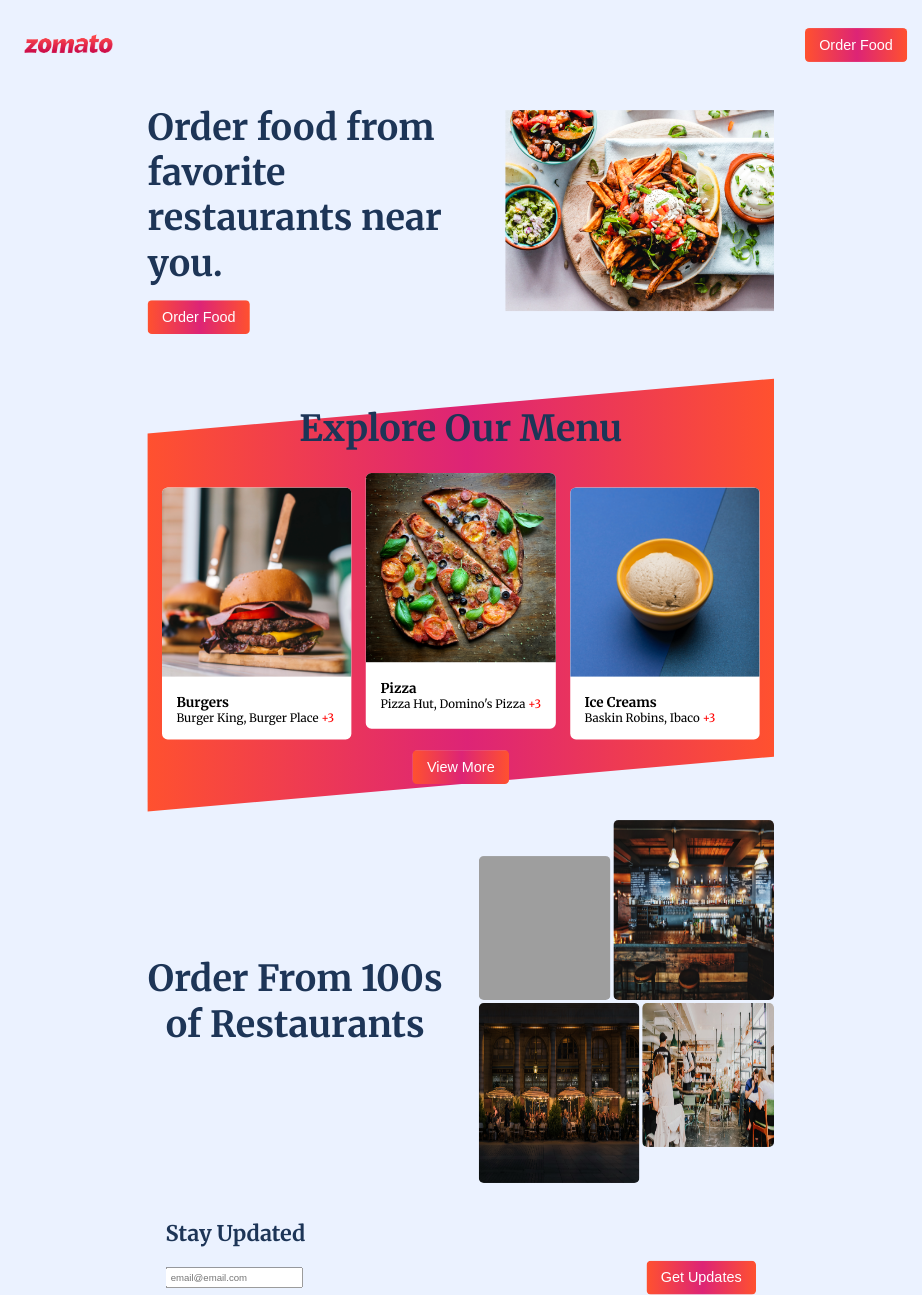
Repository: srush-shah/LandingPage-Project-ShapeAI
Page: index.html
An editor plug-in stored every save of this project. The page is shown before and after a run of saves, followed by the edit.
The browser window is 1280 px wide. The pictures show the whole page, at 72% of full size.
Pictures or frames that could not be fetched are drawn as grey boxes.

Above is the page before, as saved 2021-09-21 18:24:06.

### index.html
<!DOCTYPE html>
<html lang="en">
  <head>
    <meta charset="UTF-8" />
    <meta http-equiv="X-UA-Compatible" content="IE=edge" />
    <meta name="viewport" content="width=device-width, initial-scale=1.0" />
    <link rel="preconnect" href="https://fonts.googleapis.com" />
    <link rel="preconnect" href="https://fonts.gstatic.com" crossorigin />
    <link
      href="https://fonts.googleapis.com/css2?family=Merriweather:ital,wght@0,300;0,400;0,700;0,900;1,300;1,400;1,700;1,900&display=swap"
      rel="stylesheet"
    />
    <link rel="stylesheet" href="./style.css" />
    <title>Zomato - Largest Food Delivery Network</title>
  </head>
  <body>
    <!-- Navbar -->
    <header>
      <nav class="navbar">
        <div class="navbar-brand">
          <img src="./assets/logo.png" alt="logo" class="navbar-logo" />
        </div>
        <div class="navbar-nav">
          <button class="nav-item button-primary">Order Food</button>
        </div>
      </nav>
    </header>
    <main class="container">
      <!-- Hero Section -->
      <section class="hero-container">
        <div class="hero-img-container">
          <img src="./assets/hero.jpg" alt="Hero Image" class="hero-img" />
        </div>
        <div class="hero-description">
          <h1 class="hero-text">
            Order food from favorite restaurants near you.
          </h1>
          <button class="button-primary">Order Food</button>
        </div>
      </section>

      <!-- Explore Menu -->
      <section class="explore-menu-container">
        <h1 class="explore-menu-text">Explore Our Menu</h1>
        <div class="explore-menu-bg"></div>
        <div class="explore-menu-lists">
          <div class="menu-card">
            <img src="./assets/burger.jpg" alt="burger" class="food-image" />
            <div class="food-description">
              <h3 class="food-title">Burgers</h3>
              <p class="restaurants">
                Burger King, Burger Place <span style="color: red">+3</span>
              </p>
            </div>
          </div>
          <div class="menu-card" id="pizza-card">
            <img src="./assets/pizza.jpg" alt="pizza" class="food-image" />
            <div class="food-description">
              <h3 class="food-title">Pizza</h3>
              <p class="restaurants">
                Pizza Hut, Domino's Pizza <span style="color: red">+3</span>
              </p>
            </div>
          </div>
          <div class="menu-card">
            <img
              src="./assets/iceCream.jpg"
              alt="IceCream"
              class="food-image"
            />
            <div class="food-description">
              <h3 class="food-title">Ice Creams</h3>
              <p class="restaurants">
                Baskin Robins, Ibaco <span style="color: red">+3</span>
              </p>
            </div>
          </div>
        </div>
        <div class="explore-menu-button">
          <button class="button-primary">View More</button>
        </div>
      </section>

      <!-- Restaurants -->
      <section class="restaurants-container">
        <h1 class="restaurants-description">Order From 100s of Restaurants</h1>
        <div class="restaurants-flex">
          <div class="row-one">
            <div class="restaurant1">
              <img
                src="./assets/restaurant1.jpg"
                alt="restaurant1"
                class="restaurant1-image"
              />
            </div>
            <div class="restaurant2">
              <img
                src="./assets/restaurant2.jpg"
                alt="restaurant2"
                class="restaurant2-image"
              />
            </div>
          </div>
          <div class="row-two">
            <div class="restaurant3">
              <img
                src="./assets/restaurant3.jpg"
                alt="restaurant3"
                class="restaurant3-image"
              />
            </div>
            <div class="restaurant4">
              <img
                src="./assets/restaurant4.jpg"
                alt="restaurant4"
                class="restaurant4-image"
              />
            </div>
          </div>
        </div>
      </section>

      <!-- Subscribe -->
      <section class="subscribe">
        <h1 class="subscribe-text">Stay Updated</h1>
        <div class="subscribe-flex">
          <div class="subscribe-form-container">
            <form class="subscribe-form">
              <input
                type="email"
                name="email"
                id="email"
                placeholder="email@email.com"
              />
            </form>
          </div>
          <button class="button-primary">Get Updates</button>
        </div>
      </section>
    </main>
  </body>
</html>

### style.css
* {
  margin: 0;
  padding: 0;
  box-sizing: border-box; /* To Box Model */
}

/* Global */

body {
  font-family: "Merriweather", sans-serif;
  background-color: #ebf2ff;
  overflow-x: hidden;
}

.button-primary {
  background-image: linear-gradient(
    to right,
    #ff512f 0%,
    #dd2476 51%,
    #ff512f 100%
  );
  color: #fff;
  padding: 12px;
  border: none;
  border-radius: 6px;
  cursor: pointer;
}

.container {
  width: 100%;
  margin: 0 auto;
  padding: 0 15px;
}

.navbar {
  display: flex;
  justify-content: space-around;
  align-items: center;
}

.navbar-brand {
  width: 100px;
}

.navbar-logo {
  width: 100%;
}

.hero-container {
  width: 100%;
}

.hero-img-container {
  width: 100%;
}

.hero-img {
  width: 100%;
}

.hero-text {
  font-size: 30px;
  color: #1d3557;
  margin: 20px 0;
}

/* Menu Styles */

.explore-menu-container {
  margin-top: 50px;
}

.explore-menu-text {
  font-size: 30px;
  color: #1d3557;
  margin: 20px 0;
  text-align: center;
}

.menu-card {
  width: 100%;
  background-color: #fff;
  border-radius: 8px;
  margin-bottom: 15px;
}

.food-image {
  width: 100%;
  border-radius: 8px 8px 0 0;
}

.food-description {
  padding: 20px;
}

.explore-menu-button {
  display: flex;
  justify-content: center;
}

/* Flex */

.row-one,
.row-two {
  width: 100%;
  display: flex;
  gap: 4px;
}

.row-one {
  align-items: baseline;
  margin-bottom: 4px;
}

.row-two {
  flex-direction: row-reverse;
}

.restaurant1-image,
.restaurant2-image,
.restaurant3-image,
.restaurant4-image {
  width: 100%;
  height: 100%;
  border-radius: 7px;
}

.restaurant1,
.restaurant3 {
  width: 90%;
  height: 110px;
}

.restaurant2,
.restaurant4 {
  width: 110%;
  height: 130px;
}

.restaurants-description {
  font-size: 30px;
  color: #1d3557;
  margin: 20px 0;
  text-align: center;
}

/* Subscription */

.subscribe {
  margin-top: 50px;
  padding: 0 25px;
}

.subscribe-text {
  font-size: 30px;
  color: #1d3557;
  margin: 20px 0;
}

.subscribe-flex {
  display: flex;
  justify-content: space-between;
  align-items: center;
}

#email{
  padding: 5px;
}

.subscribe .button-primary {
  padding: ;
}

@media (min-width: 768px) {
  .navbar {
    justify-content: space-between;
    padding: 10px 20px;
  }
  .navbar-brand {
    width: 150px;
  }
  .button-primary {
    padding: 12px 20px;
    font-size: 20px;
  }
  .hero-container {
    display: flex;
    flex-direction: row-reverse;
    align-items: center;
    justify-content: space-between;
    gap: 10px;
  }

  .explore-menu-container {
    position: relative;
  }

  .explore-menu-bg {
    position: absolute;
    left: 0;
    top: 0;
    height: 100%;
    width: 100%;
    background-image: linear-gradient(
      to right,
      #ff512f 0%,
      #dd2476 51%,
      #ff512f 100%
    );

    z-index: -3;
    transform: skewY(-5deg);
  }

  .explore-menu-lists {
    margin-top: 50px;
    display: flex;
    gap: 8px;
  }
  #pizza-card {
    margin-top: -20px;
    margin-bottom: 30px;
  }
  .restaurants-container {
    display: flex;
    align-items: center;
    margin-top: 50px;
  }
  .restaurants-description,
  .restaurants-flex {
    width: 100%;
  }
  .restaurants-description {
    margin-right: 50px;
  }
  .restaurant1,
  .restaurant3 {
    width: 90%;
    height: 130px;
  }

  .restaurant2,
  .restaurant4 {
    width: 110%;
    height: 150px;
  }
}

@media (min-width: 1020px) {
  .container {
    max-width: 900px;
  }
  .hero-text {
    font-size: 50px;
  }
  .explore-menu-container {
    margin-top: 100px;
  }
  .explore-menu-lists {
    gap: 20px;
    padding: 0 20px;
  }
  .explore-menu-text {
    font-size: 50px;
  }
  .restaurants-description {
    font-size: 50px;
  }
  .restaurant1,
  .restaurant3 {
    width: 90%;
    height: 200px;
  }

  .restaurant2,
  .restaurant4 {
    width: 110%;
    height: 250px;
  }
}

@media (min-width: 1400px) {
  .container {
    max-width: 1250px;
  }
}

After the next 2 saves:
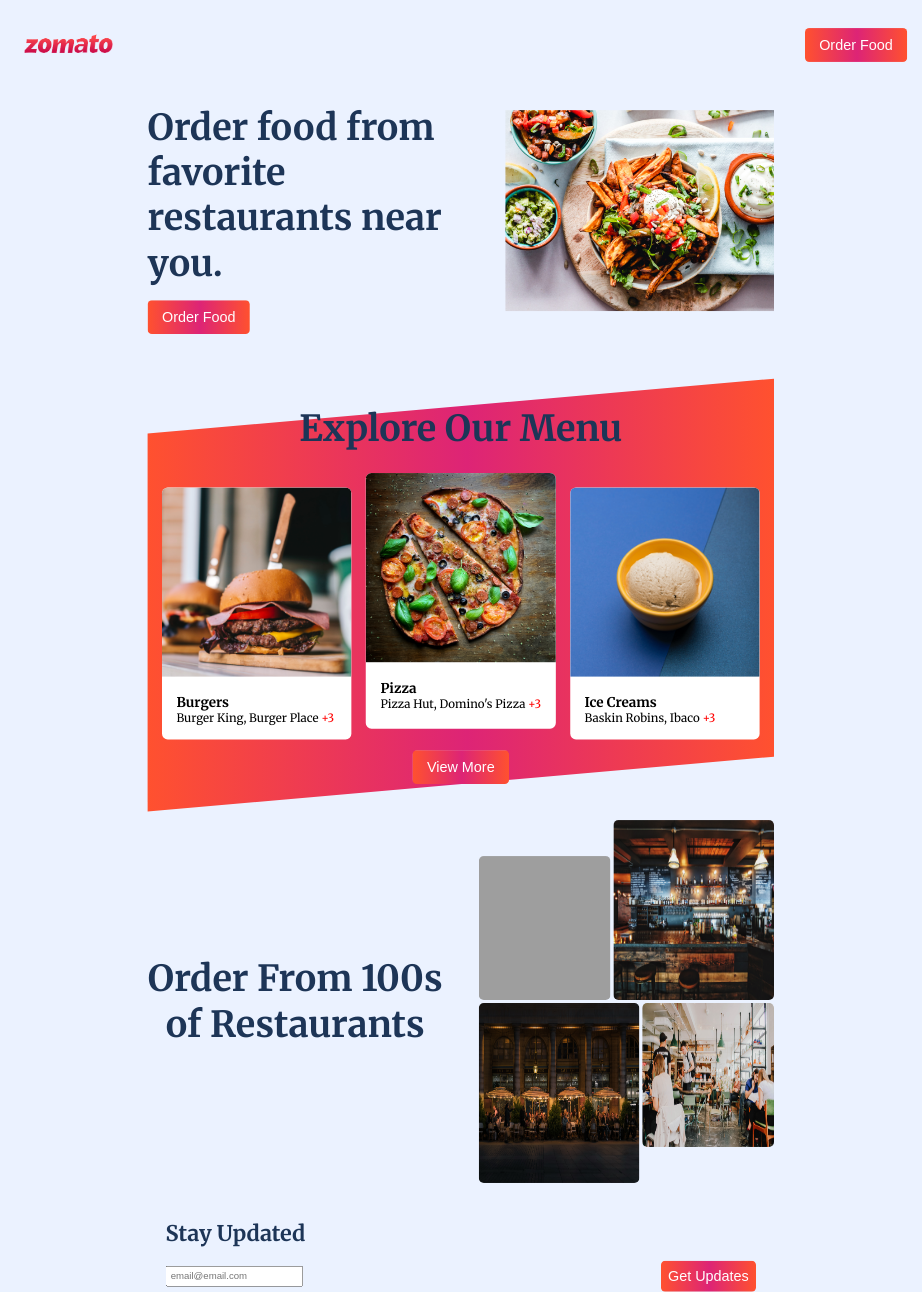
The 2 saves are shown as one change because they came seconds apart.
The last was saved 6 s later.
--- a/style.css
+++ b/style.css
@@ -163,12 +163,12 @@
   align-items: center;
 }
 
-#email{
+#email {
   padding: 5px;
 }
 
 .subscribe .button-primary {
-  padding: ;
+  padding: 10px;
 }
 
 @media (min-width: 768px) {
